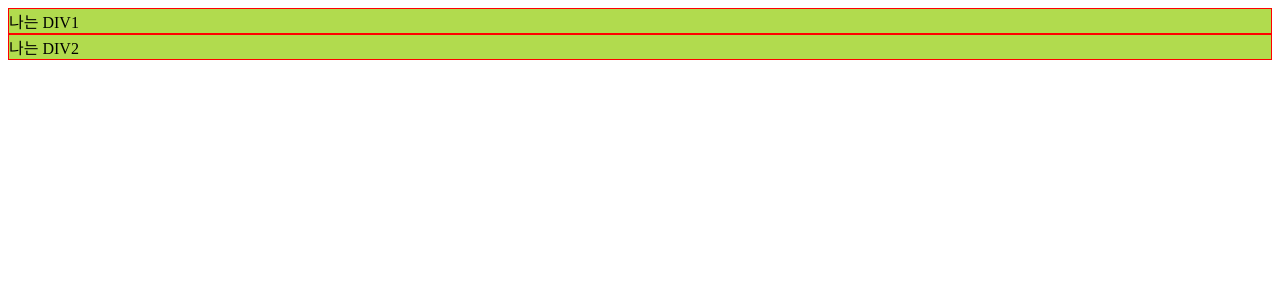
Repository: gold37/JAVA_HOME
Page: myjsp/myjsp/HTML5/WebContent/ch01_cssOrder/cssOrder.html
These files come from the project's save history. The page is drawn as it stood at one moment and after the next save; the edit follows.
The browser window is 1280 px wide. The pictures show the whole page.

Above is the page before, as saved 2020-04-22 05:10:06.

After the next save:
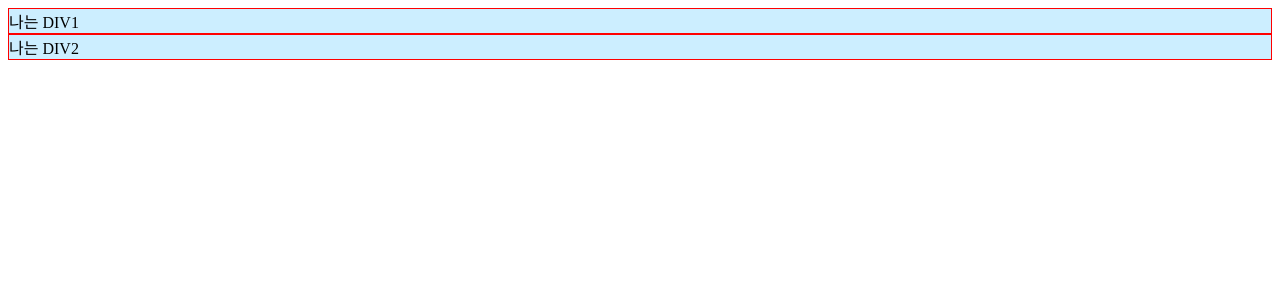
Saved 15 s later.
--- a/myjsp/myjsp/HTML5/WebContent/ch01_cssOrder/cssOrder.html
+++ b/myjsp/myjsp/HTML5/WebContent/ch01_cssOrder/cssOrder.html
@@ -23,7 +23,7 @@
 div {
 
 	border: solid 1px blue; /* border = 실선 테두리의 1px 두께의 파란색 */
-	background-color : #B1DB4E !important; /* 배경색 강제로 최우선 */
+	background-color : #cceeff !important; /* 배경색 연파랑색 강제로 최우선 */
 }
 
 </style>
